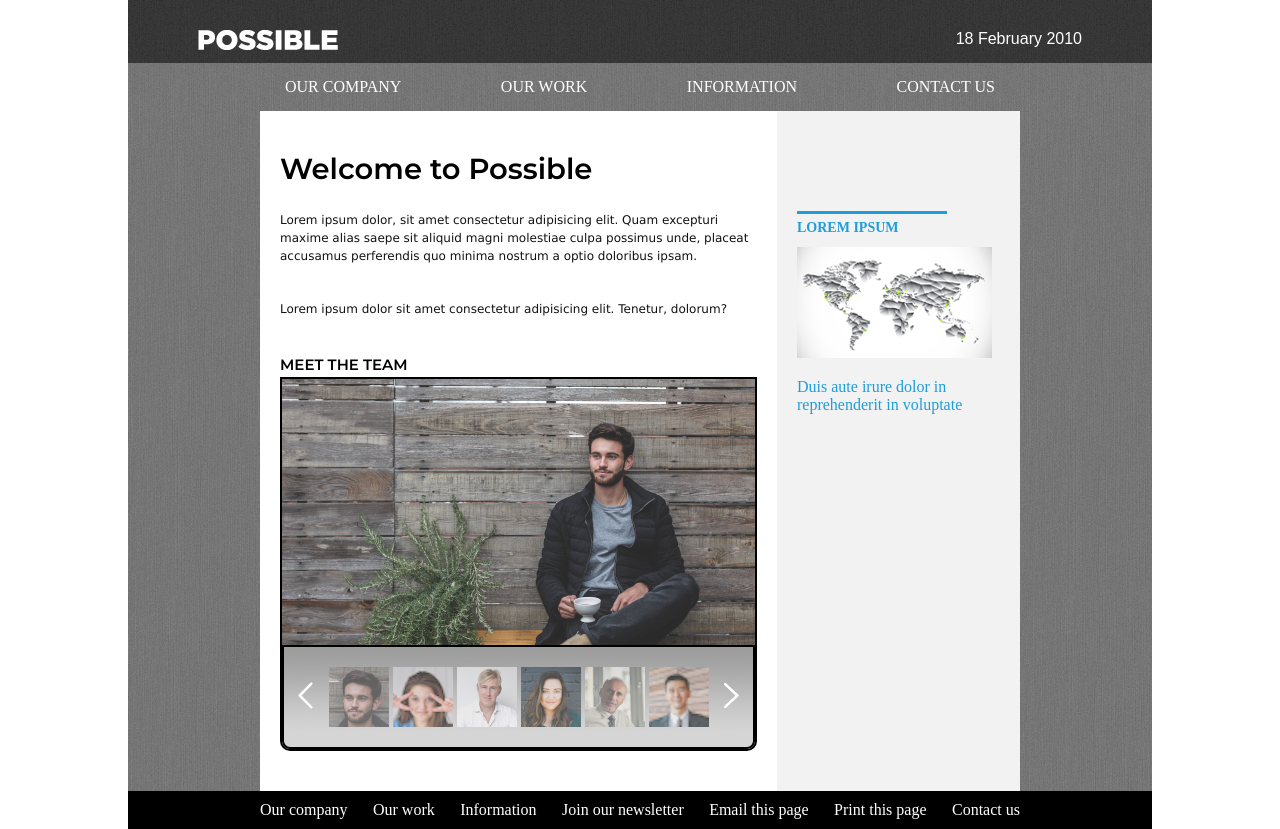
Repository: grzegorzgebala/possible-site
Page: index.html
An editor plug-in stored every save of this project. The page is shown before and after the next save, followed by the edit.
The browser window is 1280 px wide. The pictures show the whole page.
The style sheet was rebuilt from its Sass, Less or Tailwind sources for each picture, by a compiler version that may differ from the author's.

Above is the page before, as saved 2020-02-18 22:26:42.

After the next save:
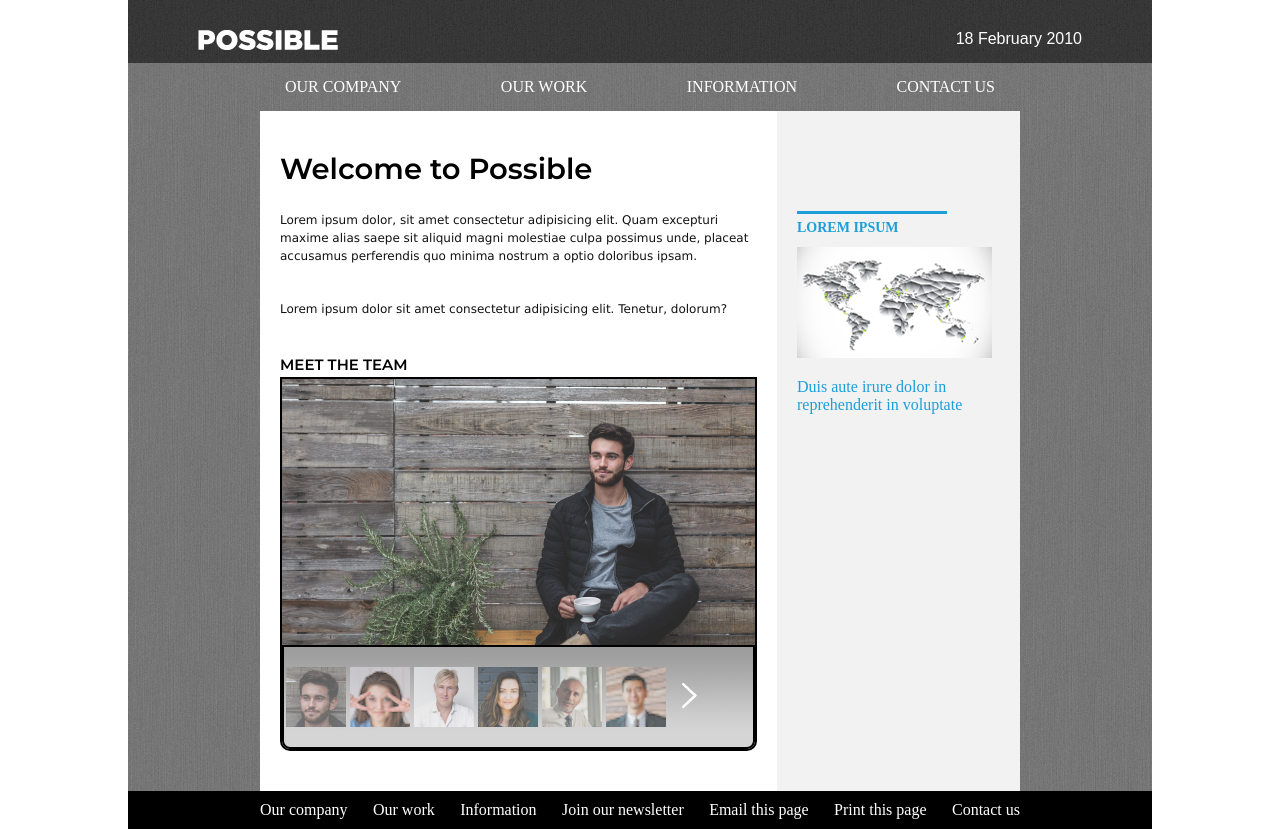
Saved 23 s later.
--- a/sass/style.scss
+++ b/sass/style.scss
@@ -216,7 +216,7 @@
                 }
 
                 .isHidden {
-                    color: grey;
+                    display: none;
                 }
             }
         }

After the save that followed:
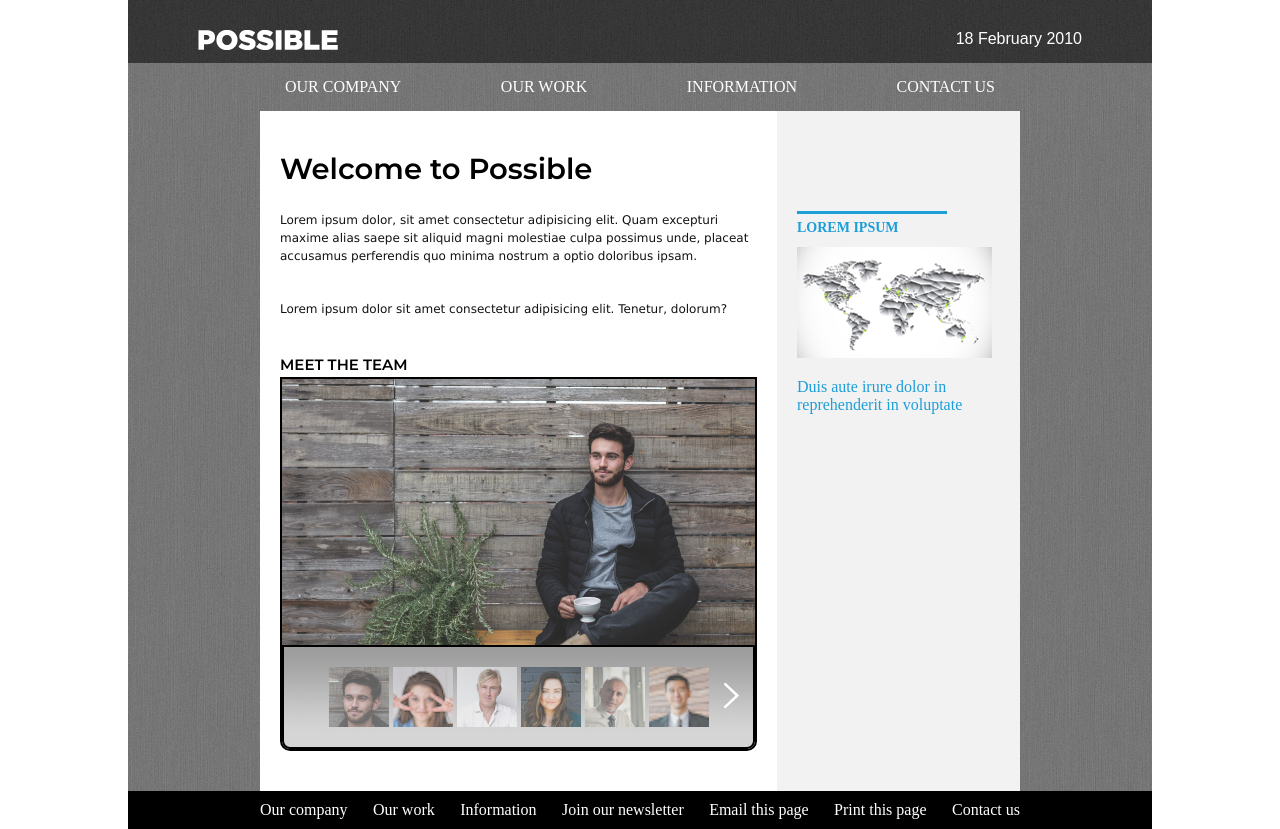
Saved 13 s later.
--- a/sass/style.scss
+++ b/sass/style.scss
@@ -216,7 +216,7 @@
                 }
 
                 .isHidden {
-                    display: none;
+                    visibility: hidden;
                 }
             }
         }
